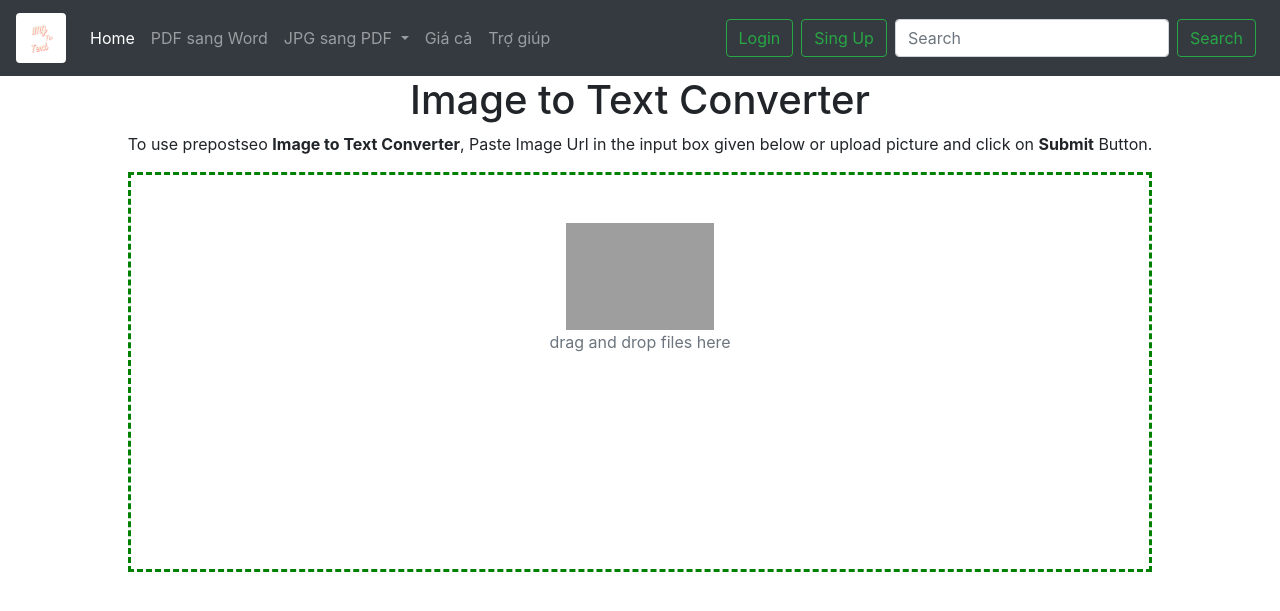
Repository: Tung1227/PBL6-2022
Page: index.html
An editor plug-in stored every save of this project. The page is shown before and after the next save, followed by the edit.
The browser window is 1280 px wide. The pictures show the whole page.
Pictures or frames that could not be fetched are drawn as grey boxes.

Above is the page before, as saved 2022-09-16 21:21:48.

### index.html
<!doctype html>
<html lang="en">

<head>
    <title>Title</title>
    <!-- Required meta tags -->
    <meta charset="utf-8">
    <meta name="viewport" content="width=device-width, initial-scale=1, shrink-to-fit=no">

    <!-- Bootstrap CSS -->
    <link rel="stylesheet" href="https://stackpath.bootstrapcdn.com/bootstrap/4.3.1/css/bootstrap.min.css"
        integrity="sha384-ggOyR0iXCbMQv3Xipma34MD+dH/1fQ784/j6cY/iJTQUOhcWr7x9JvoRxT2MZw1T" crossorigin="anonymous">
    <link rel="stylesheet" href="public/css/index.css">
</head>

<body>
    <nav class="navbar navbar-expand-lg navbar-dark bg-dark">
        <a class="navbar-brand" href="#">
            <img class="rounded" src="public/img/logo.png" width="50" height="50" alt="">
        </a>
        <button class="navbar-toggler" type="button" data-toggle="collapse" data-target="#navbarSupportedContent"
            aria-controls="navbarSupportedContent" aria-expanded="false" aria-label="Toggle navigation">
            <span class="navbar-toggler-icon"></span>
        </button>

        <div class="collapse navbar-collapse" id="navbarSupportedContent">
            <ul class="navbar-nav mr-auto">
                <li class="nav-item active">
                    <a class="nav-link" href="#">Home <span class="sr-only">(current)</span></a>
                </li>
                <li class="nav-item">
                    <a class="nav-link" href="#">PDF sang Word</a>
                </li>
                <li class="nav-item dropdown">
                    <a class="nav-link dropdown-toggle" href="#" id="navbarDropdown" role="button"
                        data-toggle="dropdown" aria-haspopup="true" aria-expanded="false">
                        JPG sang PDF
                    </a>
                    <div class="dropdown-menu" aria-labelledby="navbarDropdown">
                        <a class="dropdown-item" href="#">Action</a>
                        <a class="dropdown-item" href="#">Another action</a>
                        <div class="dropdown-divider"></div>
                        <a class="dropdown-item" href="#">Something else here</a>
                    </div>
                </li>
                <li class="nav-item">
                    <a class="nav-link" href="#">Giá cả</a>
                </li>
                <li class="nav-item">
                    <a class="nav-link" href="#">Trợ giúp</a>
                </li>
            </ul>
            <form class="form-inline my-2 my-lg-0 ">
                <button class="btn btn-outline-success my-2 my-sm-0 mr-sm-2" type="submit">Login</button>
                <button class="btn btn-outline-success my-2 my-sm-0 mr-sm-2" type="submit">Sing Up</button>
                <input class="form-control mr-sm-2" type="search" placeholder="Search" aria-label="Search">
                <button class="btn btn-outline-success my-2 my-sm-0 mr-sm-2" type="submit">Search</button>
            </form>
        </div>
    </nav>
    <div class="container d-flex justify-content-center mt-100">
        <div class="row">
            <div class="col-xs-1-12 text-center">
                <h1 class="">Image to Text Converter</h1>
                <p class="text16">To use prepostseo <strong>Image to Text Converter</strong>, Paste Image Url in the
                    input
                    box given below or upload picture and click on <strong>Submit</strong> Button.</p>
                <div class="file-drop-area" style="
    position: relative;
">
                    <div class="pt-5 svg_block" style="
    position: absolute;
    top: 0px;
    left: 0px;
    margin: auto;
    right: 0px;
    bottom: 0px;
">
                        <div><span class="svg_block">
                                <img src="https://www.prepostseo.com/imgs/upload-icon.png" width="148" height="107"
                                    alt="uploader">
                            </span>
                        </div>
                        <span class="file-message text-secondary">drag and drop files here</span>

                    </div>

                    <input class="file-input" type="file" multiple="">

                </div>
            </div>
        </div>
    </div>
    <!-- Optional JavaScript -->
    <!-- jQuery first, then Popper.js, then Bootstrap JS -->
    <script src="https://code.jquery.com/jquery-3.3.1.slim.min.js"
        integrity="sha384-q8i/X+965DzO0rT7abK41JStQIAqVgRVzpbzo5smXKp4YfRvH+8abtTE1Pi6jizo"
        crossorigin="anonymous"></script>
    <script src="https://cdnjs.cloudflare.com/ajax/libs/popper.js/1.14.7/umd/popper.min.js"
        integrity="sha384-UO2eT0CpHqdSJQ6hJty5KVphtPhzWj9WO1clHTMGa3JDZwrnQq4sF86dIHNDz0W1"
        crossorigin="anonymous"></script>
    <script src="https://stackpath.bootstrapcdn.com/bootstrap/4.3.1/js/bootstrap.min.js"
        integrity="sha384-JjSmVgyd0p3pXB1rRibZUAYoIIy6OrQ6VrjIEaFf/nJGzIxFDsf4x0xIM+B07jRM"
        crossorigin="anonymous"></script>
</body>

</html>

### public/css/index.css
* {
    padding: 0px;
    margin: 0px;
}

.file-drop-area {
    border: dashed green;
    height: 400px;
}

.file-input {
    height: 100%;
    width: 100%;
    cursor: pointer;
    opacity: 0;
}

.choose-file-button {
    flex-shrink: 0;
    background-color: rgba(255, 255, 255, 0.04);
    border: 1px solid rgba(255, 255, 255, 0.1);
    border-radius: 3px;
    padding: 8px 15px;
    margin-right: 10px;
    font-size: 12px;
    text-transform: uppercase;
}
.svg_block{

}

After the next save:
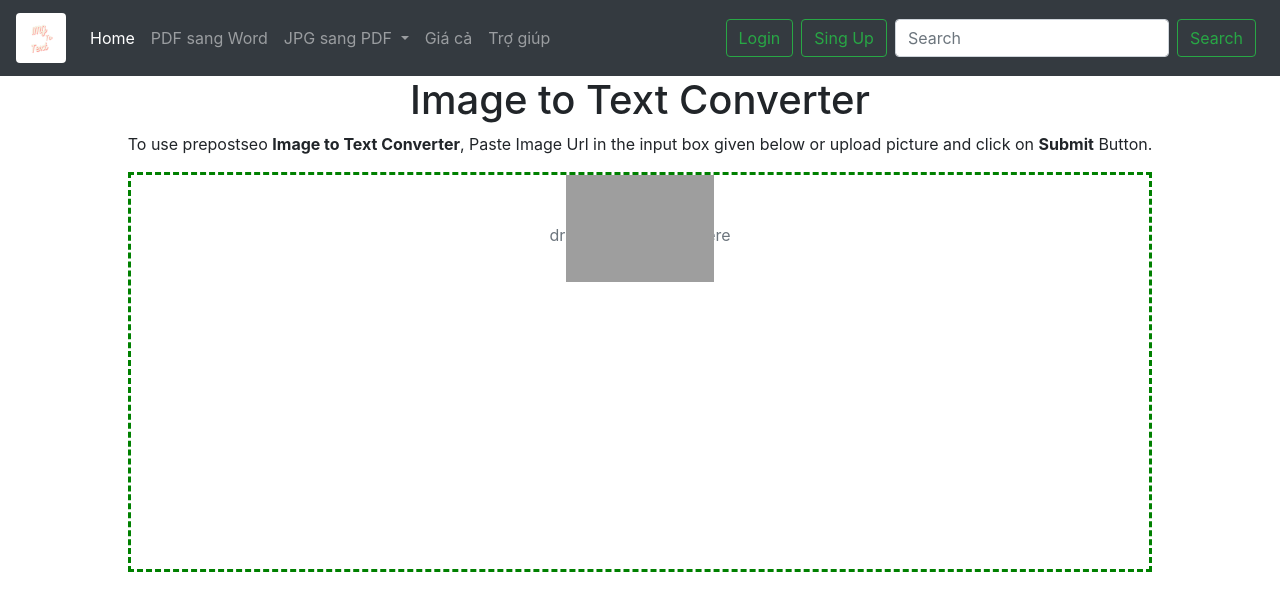
Saved 6 s later.
--- a/public/css/index.css
+++ b/public/css/index.css
@@ -26,5 +26,10 @@
     text-transform: uppercase;
 }
 .svg_block{
-
+    position: absolute;
+    top: 0px;
+    left: 0px;
+    margin: auto;
+    right: 0px;
+    bottom: 0px;
 }
